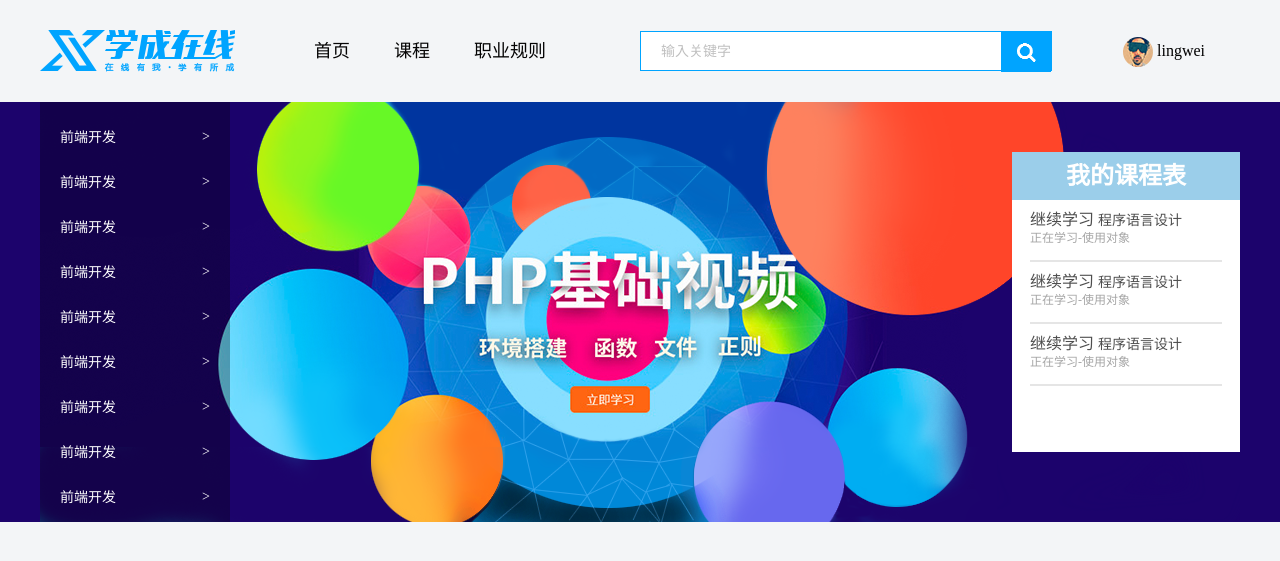
Repository: DengBiHua/xcdx
Page: index.html
These files come from the project's save history. The page is drawn as it stood at one moment and after the next save; the edit follows.
The browser window is 1280 px wide. The pictures show the whole page.

Above is the page before, as saved 2022-04-14 17:20:25.

After the next save:
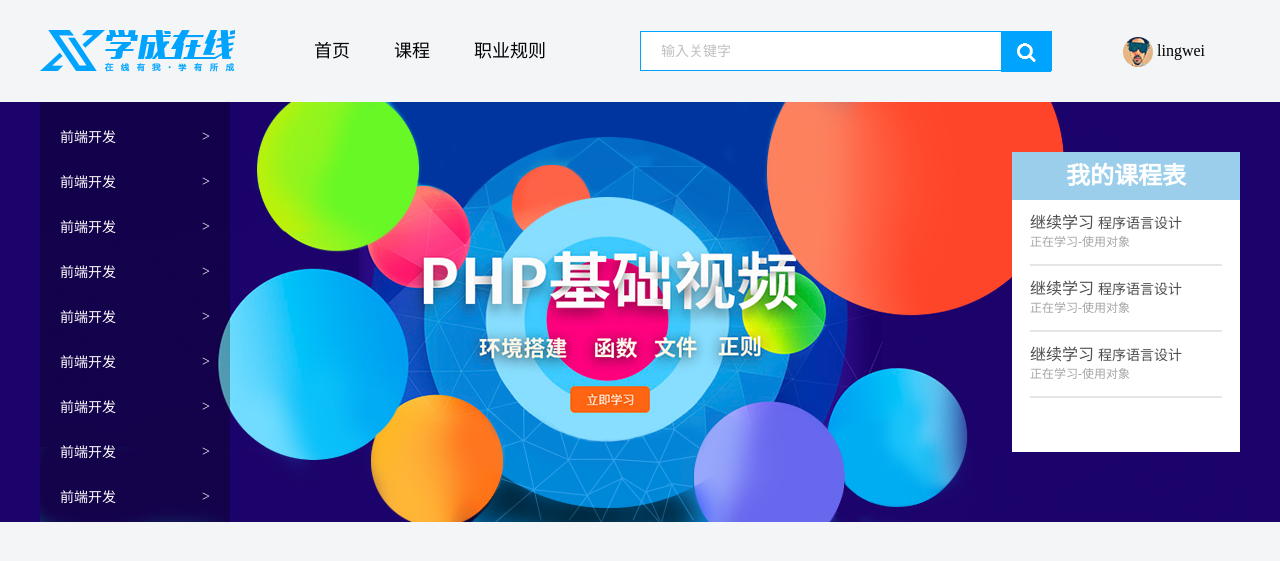
Saved 2 min 1 s later.
--- a/css/index.css
+++ b/css/index.css
@@ -182,12 +182,12 @@
 
 .banner .right .content dt {
     color: #4e4e4e;
+}
+
+.banner .right .titleLeft {
+    font-size: 16px;
     height: 16px;
     line-height: 16px;
-}
-
-.banner .right .titleLeft {
-    font-size: 16px;
 }
 
 .banner .right .titleRight {
